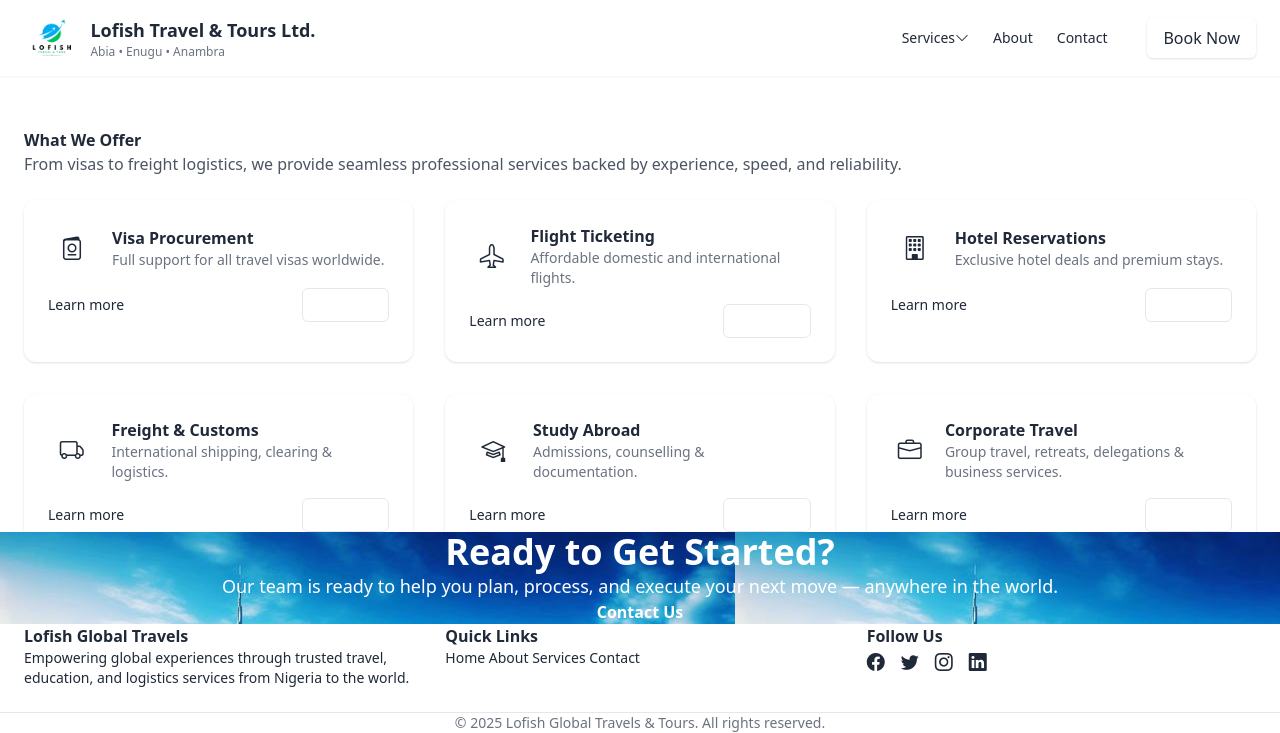
Repository: PhantomMiles/Lofish-Travels-and-Tours
Page: services.html
These files come from the project's save history. The page is drawn as it stood at one moment and after a run of saves; the edit follows.
The browser window is 1280 px wide. The pictures show the whole page.
Some web libraries are served in a nearby version.

Above is the page before, as saved 2025-11-14 11:06:46.

After the next 2 saves:
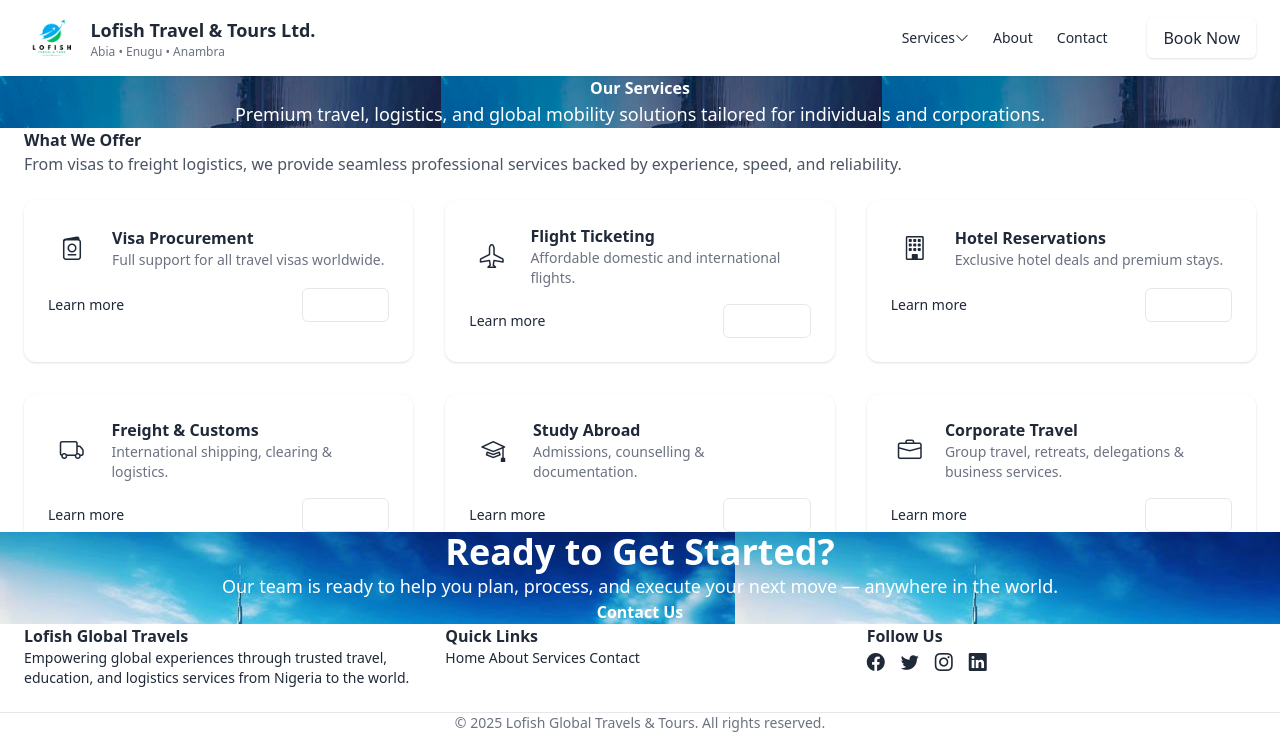
The 2 saves are shown as one change because they came seconds apart.
The last was saved 7 s later.
--- a/services.html
+++ b/services.html
@@ -114,7 +114,7 @@
   <!-- ========================================================= -->
   <!-- HERO SECTION -->
   <!-- ========================================================= -->
-  <section class="relative overflow-hidden  bg-no-repeat bg-fixed bg-cover bg-center py-28" style="background-color: ;">
+  <section class="relative overflow-hidden  bg-no-repeat bg-fixed bg-cover bg-center py-28" style="background-image:url('./img/services-hero.jpg');">
     <div class="absolute inset-0 bg-black/50"></div>
     <div class="relative z-10 max-w-4xl px-6 mx-auto text-center text-white">
       <h1 class="mb-4 text-5xl font-extrabold">Our Services</h1>
